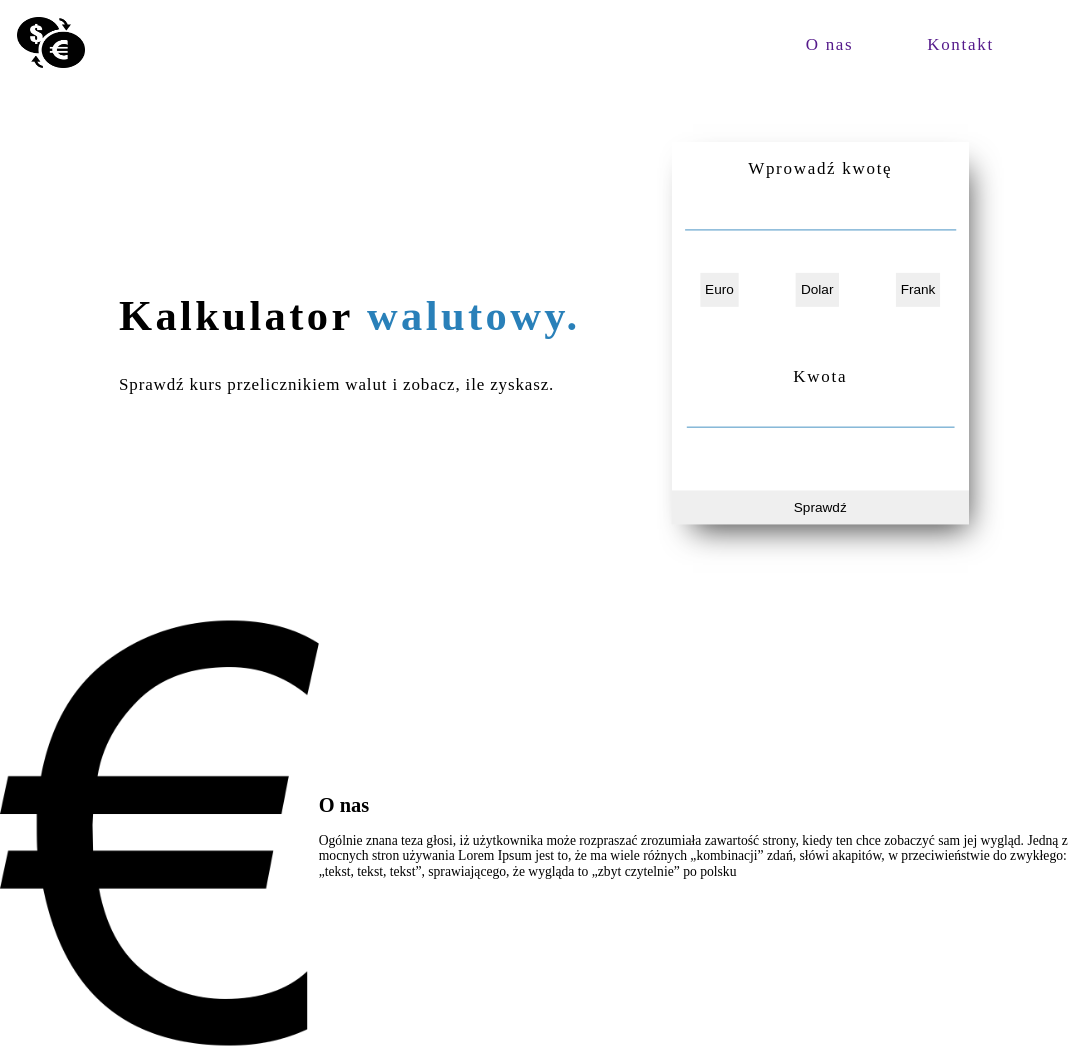
Repository: SebastianArmata22/Kalkulator-walut
Page: index.html
These files come from the project's save history. The page is drawn as it stood at one moment and after a run of saves; the edit follows.
The browser window is 1280 px wide. The pictures show the whole page, at 85% of full size.

Above is the page before, as saved 2020-10-24 12:32:34.

After the next 2 saves:
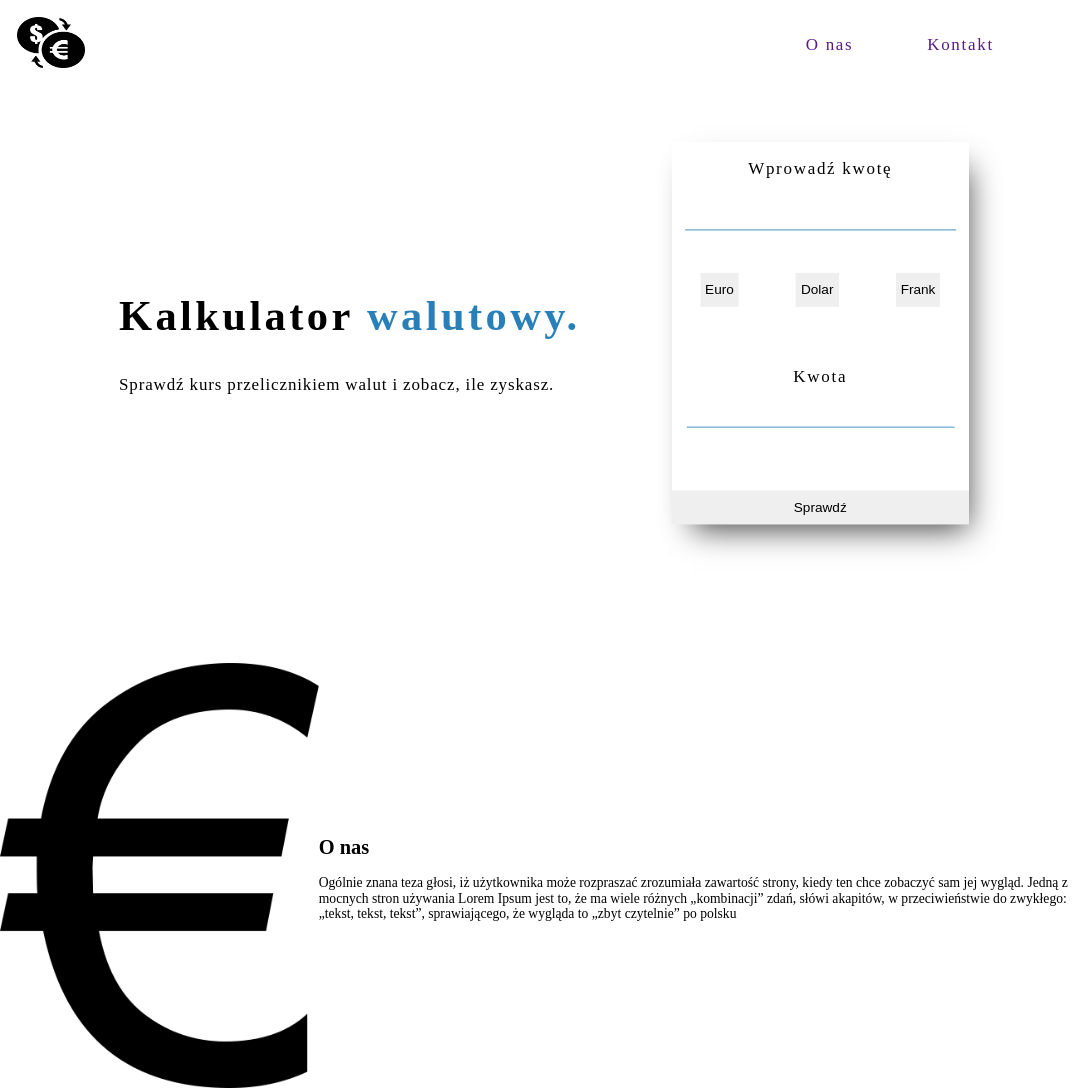
The 2 saves are shown as one change because they came seconds apart.
The last was saved 7 s later.
--- a/style.css
+++ b/style.css
@@ -128,7 +128,7 @@ margin-bottom: 50px;
     display: flex;
     justify-content: space-around;
     align-items: center;
-    margin-top: 50px;
+    margin-top: 100px;
 }
 .about-us img{
     height: 500px;
